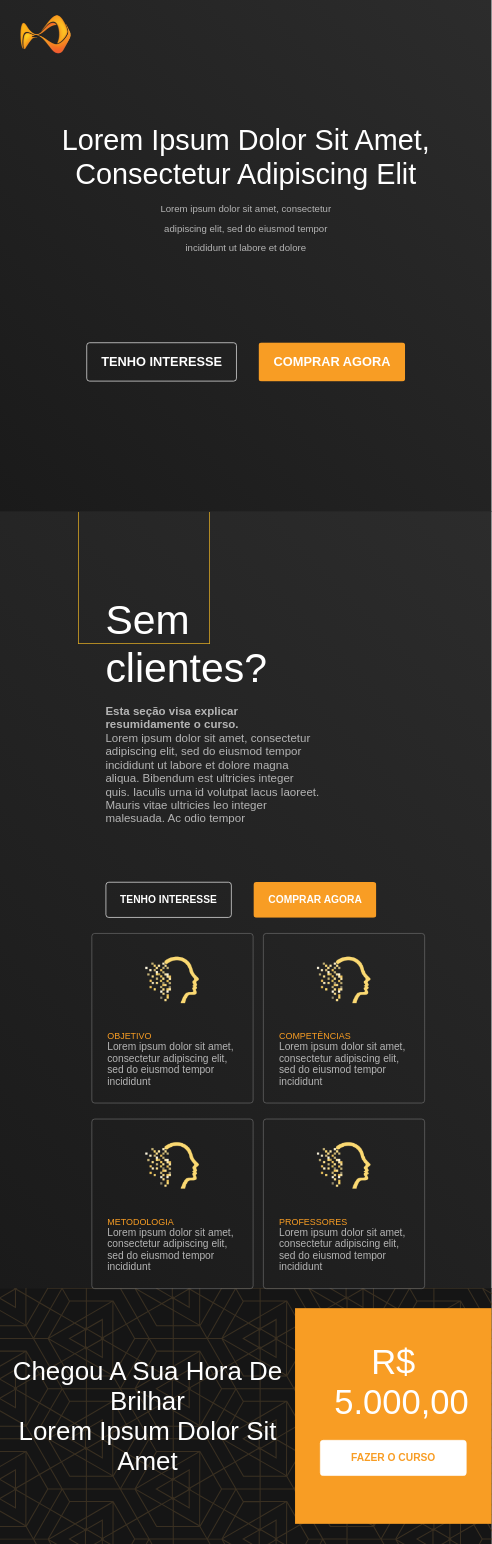
Repository: Rafael-Araujo-dev/Treinamento-Raccoon
Page: Projeto-2/index.html
The author's editor kept a copy of each file at every save. The page is drawn from the files as they stood at one save, then again after the next save.
The browser window is 768 px wide. The pictures show the whole page, at 64% of full size.
Some web fonts or font styles are not loaded; a fallback is used.

Above is the page before, as saved 2021-09-23 11:37:07.

### Projeto-2/index.html
<!DOCTYPE html>
<html>
    <head>
        <title></title>
        <meta charset="utf-8"/>
        <meta name="viewport" content="width=device-width,initial-scale=1.0,maximum-scale=1.0">
        <link rel="preconnect" href="https://fonts.googleapis.com">
        <link rel="preconnect" href="https://fonts.gstatic.com" crossorigin>
        <link href="https://fonts.googleapis.com/css2?family=Yantramanav:wght@300;400;700&display=swap" rel="stylesheet">
        <link rel="stylesheet" href="css/style.css"/>
    </head>
    <body>
        <section class="hero-section">
            <div class="hero-header">
                <img class="logo" src="images/LOGOSYNAPSE_simbolo_laranja.png"/>
            </div>
            <div class="hero-container">
                <div class="hero-title">
                    Lorem ipsum dolor sit amet,<br>
                    consectetur adipiscing elit
                </div>
                <div class="hero-text">
                    Lorem ipsum dolor sit amet, consectetur adipiscing elit, sed do eiusmod tempor incididunt ut labore et dolore
                </div>
            </div>
            <div class="hero-btn-group">
                <button class="btn secondary">
                    Tenho interesse
                </button>
                <button class="btn primary">
                    Comprar agora
                </button>
            </div>
        </section>

        <section class="course-summary">
            <div class="container">
                <div class="col m">
                    <span class="rectangule"></span>
                    <span class="title">
                        Sem<br>clientes?
                    </span>
                    <div class="text">
                        <strong>Esta seção visa explicar resumidamente o curso.</strong>
                        <br>
                        Lorem ipsum dolor sit amet, consectetur adipiscing elit, sed do eiusmod tempor incididunt ut labore et dolore magna aliqua. Bibendum est ultricies integer quis. Iaculis urna id volutpat lacus laoreet. Mauris vitae ultricies leo integer malesuada. Ac odio tempor
                    </div>
                    <div class="btn-group">
                        <button class="btn secondary">
                            Tenho interesse
                        </button>
                        <button class="btn primary">
                            Comprar agora
                        </button>
                    </div>
                </div>
                <div class="col l">
                    <div class="card-container">
                        <div class="card-item">
                            <div class="container">
                                <div class="card-image">
                                    <img src="./images/Oratória Digital Logo-1.png"/>
                                </div>
                                <div class="card-description">
                                    <div class="card-title">
                                        Objetivo
                                    </div>
                                    <div class="card-text">
                                        Lorem ipsum dolor sit amet, consectetur adipiscing elit, sed do eiusmod tempor incididunt
                                    </div>
                                </div>
                            </div>
                        </div>
                        <div class="card-item">
                            <div class="container">
                                <div class="card-image">
                                    <img src="./images/Oratória Digital Logo-1.png"/>
                                </div>
                                <div class="card-description">
                                    <div class="card-title">
                                        Competências
                                    </div>
                                    <div class="card-text">
                                        Lorem ipsum dolor sit amet, consectetur adipiscing elit, sed do eiusmod tempor incididunt
                                    </div>
                                </div>
                            </div>
                        </div>
                        <div class="card-item">
                            <div class="container">
                                <div class="card-image">
                                    <img src="./images/Oratória Digital Logo-1.png"/>
                                </div>
                                <div class="card-description">
                                    <div class="card-title">
                                        Metodologia
                                    </div>
                                    <div class="card-text">
                                        Lorem ipsum dolor sit amet, consectetur adipiscing elit, sed do eiusmod tempor incididunt
                                    </div>
                                </div>
                            </div>
                        </div>
                        <div class="card-item">
                            <div class="container">
                                <div class="card-image">
                                    <img src="./images/Oratória Digital Logo-1.png"/>
                                </div>
                                <div class="card-description">
                                    <div class="card-title">
                                        Professores
                                    </div>
                                    <div class="card-text">
                                        Lorem ipsum dolor sit amet, consectetur adipiscing elit, sed do eiusmod tempor incididunt
                                    </div>
                                </div>
                            </div>
                        </div>
                    </div>
                </div>
                <center>
                    <div class="btn-group mobile">
                        <button class="btn secondary">
                            Tenho interesse
                        </button>
                        <button class="btn primary">
                            Comprar agora
                        </button>
                    </div>
                </center>
            </div>
        </section>

        <section class="take-course">
            <div class="container">
                <div class="text">
                    Chegou a sua hora de brilhar <br>lorem ipsum dolor sit amet
                </div>
                <div class="card">
                    <div class="text">
                        R$ 5.000,00
                    </div>
                    <button class="btn white">
                        Fazer o curso
                    </button>
                </div>
            </div>
        </section>

    </body>
</html>

### Projeto-2/css/style.css
* {
    margin: 0;
    padding: 0;
    box-sizing: border-box;
    font-family: 'Yantramanav', sans-serif;
}

.btn {
    font-size: 20px;
    text-transform: uppercase;
    padding: 18px 22px;
    margin: 0px 15px 24px 15px;
    font-weight: bold;
}

@media (max-width: 890px) {
    .btn {
        font-size: 20px;
    }
}

@media (max-width: 645px) {
    .btn {
        font-size: 17px;
    }
}

@media (max-width: 500px) {
    .btn {
        font-size: 16px;
    }
}

.btn.primary {
    background-color: #F89D24;
    border: 1px solid transparent;
    border-radius: 5px;
    color: #FFF;
}

.btn.secondary {
    background-color: transparent;
    border: 1px solid #FFF;
    border-radius: 5px;
    color: #FFF;
}

.btn.white {
    background-color: #FFFFFF;
    border: 1px solid #FFF;
    border-radius: 5px;
    color: #000;
}

.hero-section {
    background: rgb(26,26,26);
    background: linear-gradient(45deg, rgba(26,26,26,1) 0%, rgba(44,44,44,1) 100%);
    min-height: 100vh;
    display: flex;
    flex-direction: column;
    justify-content: space-around;
}

.hero-header .logo {
    margin-left: 3.15%;
    margin-top: 2%;
    width: 12.1%;
    max-width: 100px;
}

.hero-container {
    position: relative;
    margin: auto;
    display: flex;
    flex-direction: column;
    flex-wrap: wrap;
}

@media (max-width: 1240px) {
    .hero-container {
        width: 60%;
    }
}

@media (max-width: 1028px) {
    .hero-container {
        width: 70%;
    }
}

@media (max-width: 890px) {
    .hero-container {
        width: 80%;
    }
}

.hero-title, .hero-text {
    color: #FFFFFF;
    text-align: center;
}

.hero-title {
    font-size: 54px;
    /* margin-top: 15.5vh; */
    text-transform: capitalize;
}

@media (max-width: 890px) {
    .hero-title {
        /* margin-top: 14%; */
        font-size: 45px;
    }
}

@media (max-width: 645px) {
    .hero-title {
        /* margin-top: 8%; */
        font-size: 40.5px;
    }
}

@media (max-width: 500px) {
    .hero-title {
        /* margin-top: 0%; */
    }
}

.hero-text {
    color: #B5B5B5;
    font-size: 18px;
    width: 60%;
    margin-top: 1.8vh;
    line-height: 30px;
    align-self: center;
    margin-bottom: 35px;
}

@media (max-width: 1024px) {
    .hero-text {
        width: 80%;
    }
}

@media (max-width: 890px) {
    .hero-text {

        font-size: 15px;
        width: 50%;
    }
}

@media (max-width: 645px) {
    .hero-text {

        font-size: 13.5px;
        width: 80%;
    }
}

@media (max-width: 500px) {
    .hero-text {
        /* margin-top: 5%; */
        width: 100%;
    }
}

.hero-btn-group {
    margin-bottom: 22.5vh;
    text-align: center;
}

.course-summary {
    background: rgb(26,26,26);
    background: linear-gradient(45deg, rgba(26,26,26,1) 0%, rgba(44,44,44,1) 100%);
    min-height: 100vh;
    padding-top: 18.6vh;
    margin-top: -1px;
}

@media (max-width: 450px) {
    .course-summary {
        padding-top: 6.5vh;
    }
}

.course-summary .container {
    position: relative;
    margin: auto;
    display: flex;
    justify-content:center;
    flex-wrap: wrap;
}

.course-summary .col {
    display: flex;
}

.course-summary .col.m {
    display: flex;
    flex-direction: column;
}

.course-summary .col.l {
    margin-left: 5vw;
}

.course-summary .col .rectangule {
    position: absolute;
    margin-top: -18.5vh;
    margin-left: -5.5vw;
    border: 1px solid #FEC024;
    border-top: none;
    width: 206px;
    height: 206px;
}

.course-summary .col .title {
    font-size: 64px;
    color: #FFFFFF;
    margin-top: -2vh;
}

@media (max-width: 450px) {
    .course-summary .col .rectangule {
        margin-top: -6.5vh;
        margin-left: 3.8vw;
        width: 110px;
        height: 110px;
    }

    .course-summary .col .title {
        font-size: 48px;
        margin-left: 24px;
        margin-top: 1vh;
    }
}

.course-summary .col .text {
    font-size: 18px;
    color: #B5B5B5;
    font-weight: 300;
    max-width: 337px;
    margin-top: 2.6vh;
}

@media (max-width: 450px) {
    .course-summary .col .text {
        font-size: 13.5px;
        max-width: 85%;
        line-height: 25px;
        align-self: center;
    }
}

.course-summary .col .btn-group {
    margin-top: 11vh;
    margin-left: -15px;
}

.course-summary .btn-group.mobile {
    display: none;
    margin-top: 36px;
}

@media (max-width: 450px) {
    .course-summary .col .btn-group {
        display: none;
    }

    .course-summary .btn-group.mobile {
        display: inherit;
    }
}

.course-summary .col .btn-group .btn {
    font-size: 16px;
}

.course-summary .card-container {
    display: grid;
    grid-template-columns: repeat(2, 1fr);
    grid-template-rows: repeat(2, 1fr);
    grid-column-gap: 2vw;
    grid-row-gap: 3vh;
}

@media(max-width: 650px) {
    .course-summary .card-container {
        grid-template-columns: repeat(1, 1fr);
        grid-template-rows: repeat(1, 1fr);
        margin-left: -25px;
    }
}

@media(max-width: 450px) {
    .course-summary .card-container {
        margin-top: 50px;
    }
}

@media(max-width: 300px) {
    .course-summary .card-container {
        margin-left: -10px;
    }
}

.course-summary .card-item {
    border: 1px solid #6E6E6E;
    border-radius: 5px;
    max-width: 253px;
}

.course-summary .card-item .container {
    text-align: center;
    margin: 24px;
    padding: 0;
}

.course-summary .card-item .card-description {
    text-align: left;
}

.course-summary .card-item .card-title {
    font-size: 14px;
    color: #F89D24;
    text-transform: uppercase;
    margin-top: 3.5vh;
}

.course-summary .card-item .card-text {
    font-size: 16px;
    color: #B5B5B5;
}

.take-course {
    background-color: #191919;
    background-image: url('../images/Grupo\ 34.svg');
    height: 400px;
    margin-top: -1px;
}

.take-course .container{
    background-color: rgba(20,20,20,0.7);
}

.take-course .container {
    height: 100%;
    display: flex;
    flex-direction: row;
    justify-content: end;
    align-items: center;
    padding-right: 0;
    flex-wrap: wrap;
}

.take-course .container .text {
    font-size: 54px;
    color: #FFFFFF;
    text-align: center;
    width: 60%;
    text-transform: capitalize;
}

@media(max-width: 800px) {
    .take-course .container .text {
        font-size: 40.5px;
    }
}

@media(max-width: 650px) {
    .take-course .container .text {
        font-size: 40.5px;
    }
}

.take-course .container .card {
    display: flex;
    flex-direction: column;
    align-items: center;
    background-color:#F89D24;
    width: 40%;
    padding-top: 53px;
    padding-bottom: 75px;
}

.take-course .container .card .btn {
    margin: 0;
    margin-top: 29px;
    padding-left: 48px;
    padding-right: 48px;
    font-size: 16px;
    color: #F89D24;
}

.take-course .container .card .text {
    font-weight: normal;
    font-size: 64px;
}

@media(max-width: 800px) {
    .take-course .container .card .text {
        font-size: 54px;
    }
}

@media(max-width: 650px) {
    .take-course .container .card .text {
        font-size: 48px;
    }
}

After the next save:
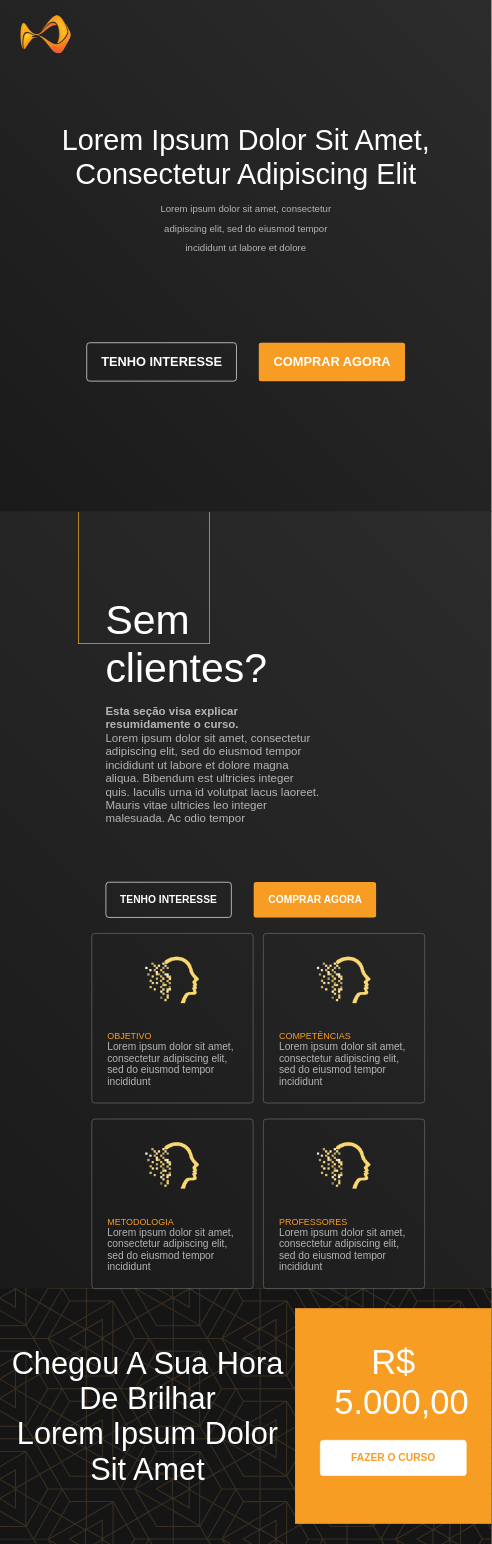
Saved 6 s later.
--- a/Projeto-2/css/style.css
+++ b/Projeto-2/css/style.css
@@ -363,7 +363,7 @@
 
 @media(max-width: 800px) {
     .take-course .container .text {
-        font-size: 40.5px;
+        font-size: 48px;
     }
 }
 
